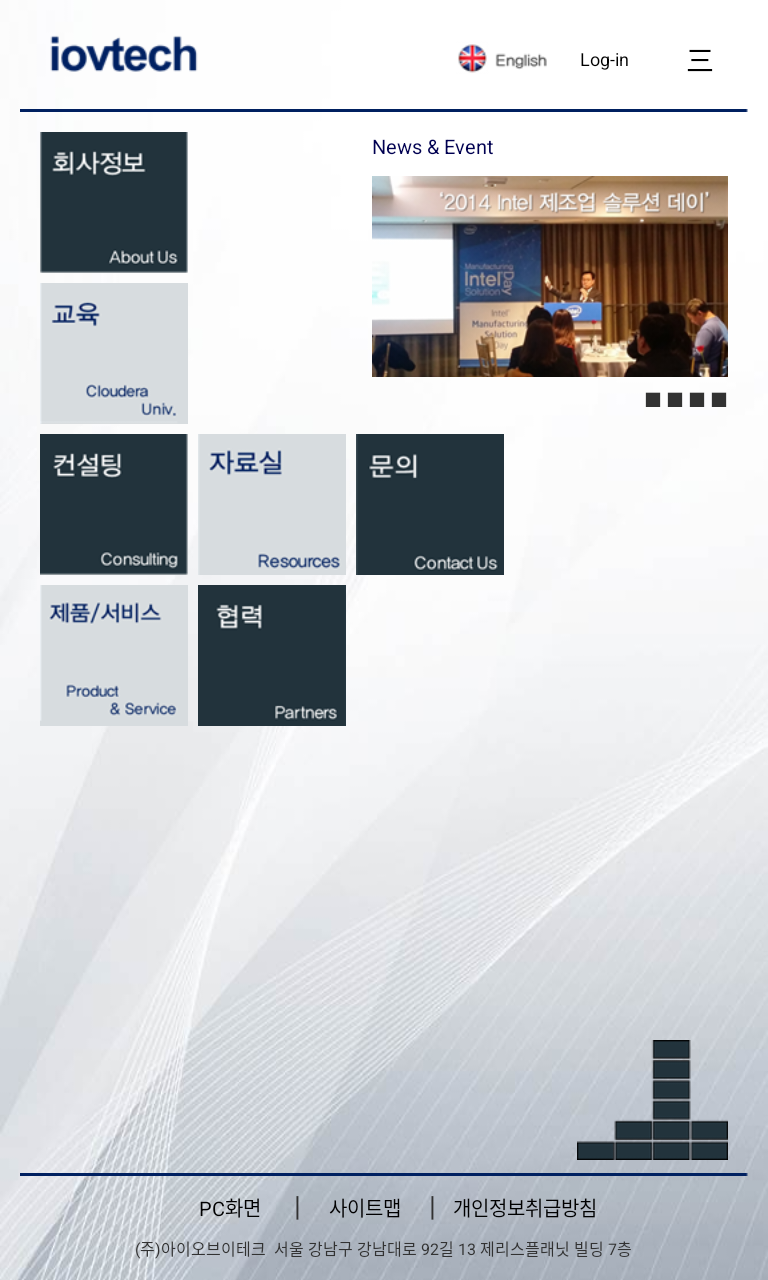
Repository: hyekkyung/CDH_Tutorials
Layout: Mobile_IOV/res/layout/m_main_kor.xml
These files come from the project's save history. The layout is drawn as it stood at one moment and after the next save; the edit follows.
It is drawn on a 768 x 1280 px phone screen (xhdpi) without system bars, with theme AppTheme; the app's code is not run.

Above is the layout before, as saved 2015-02-02 08:14:08.

After the next save:
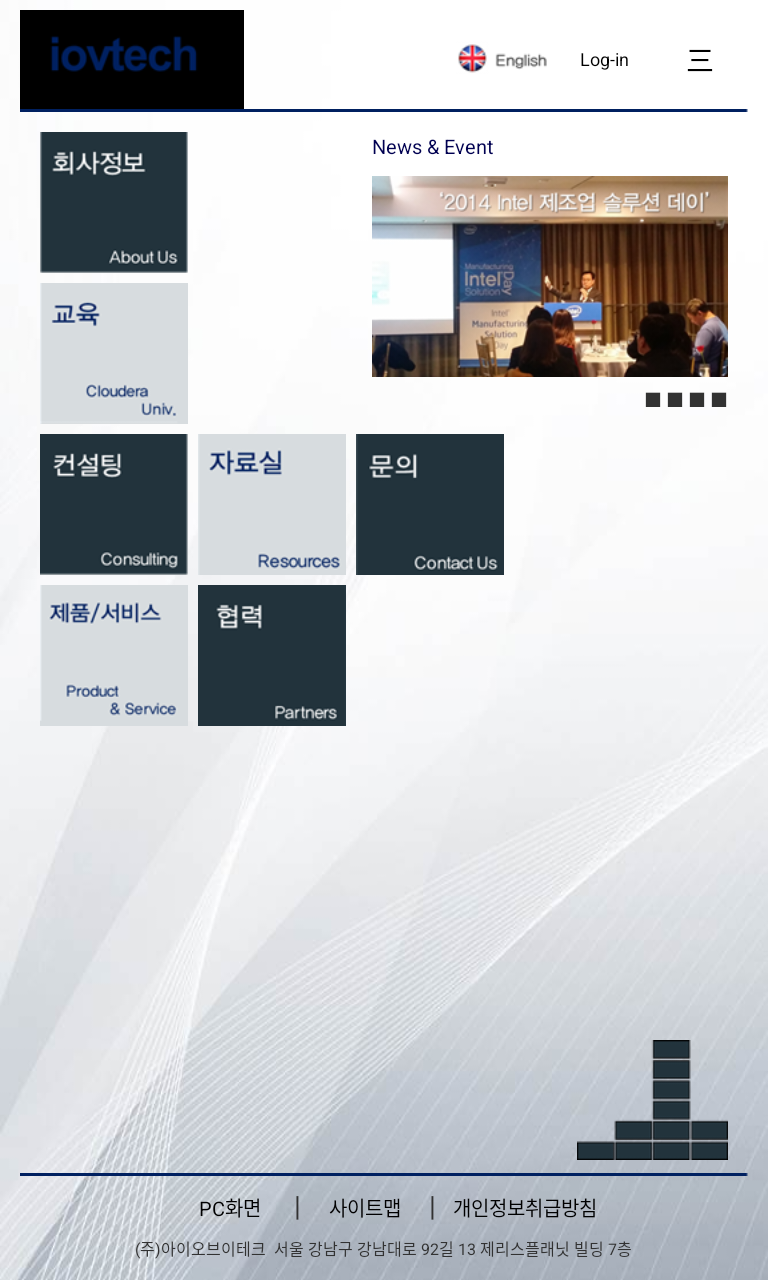
Saved 79 s later.
--- a/Mobile_IOV/res/layout/m_main_kor.xml
+++ b/Mobile_IOV/res/layout/m_main_kor.xml
@@ -18,7 +18,7 @@
 
         <ImageButton
        		android:id="@+id/home_btn"
-            android:background="#0000000"
+            android:background="#000000"
             android:layout_width="wrap_content"
             android:layout_height="wrap_content"
             android:src="@drawable/logo_03" />
